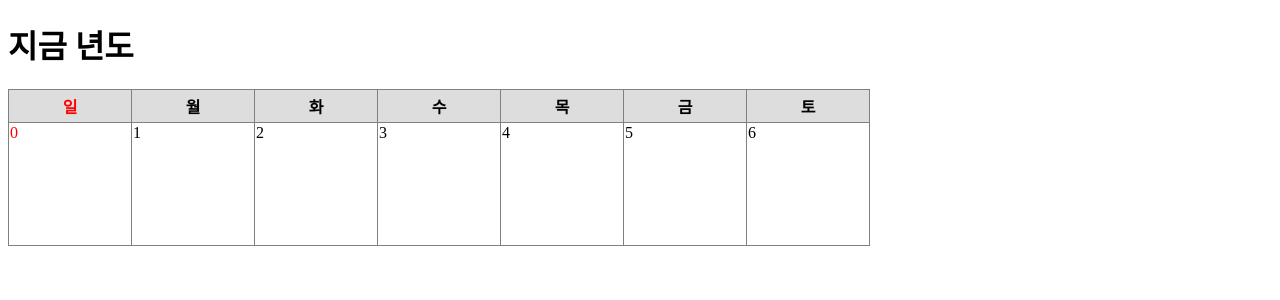
Repository: JIYEONGSTAR/GALENDAR
Page: http://localhost/devdog_calendar/calendar.jsp
These files come from the project's save history. The page is drawn as it stood at one moment and after a run of saves; the edit follows.
The browser window is 1280 px wide. The pictures show the whole page.
The page is served by Tomcat 9.

Above is the page before, as saved 2020-04-28 09:05:09.

After the next 2 saves:
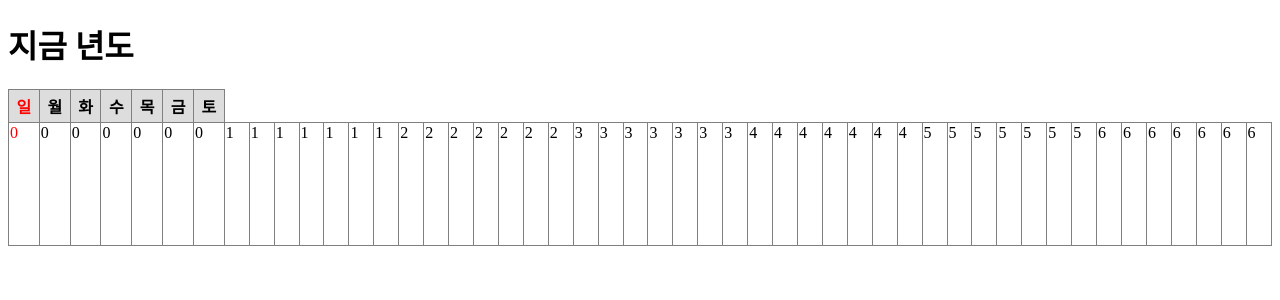
The 2 saves are shown as one change because 1 did not build or start.
The last was saved 5 min 11 s later.
--- a/devdog_calendar/WebContent/calendar.jsp
+++ b/devdog_calendar/WebContent/calendar.jsp
@@ -32,11 +32,13 @@
         </thead>
         <tbody>
         	<tr>
-	 			<%for(int i=0;i<calendar1.startDay();i++) {%>
-	 				<td><%= i %></td>
-	 			<%} %>
-	 			<%for(int i=calendar1.startDay();i<7;i++) { %>
-	 				<td><%= i %></td>
+        		<% for(int i=0;i<7;i++){ %>
+        			<% for(int j=0;j<calendar1.startDay();i++){ %>
+        				<% out.println("<td></td>"); %>
+        			<%}%>
+        			<% for(int j=1;j<8-calendar1.startDay();j++){%>
+        				<td><%=i %></td>
+        			<%}%>
 	 			<%} %>
 
  			</tr>
